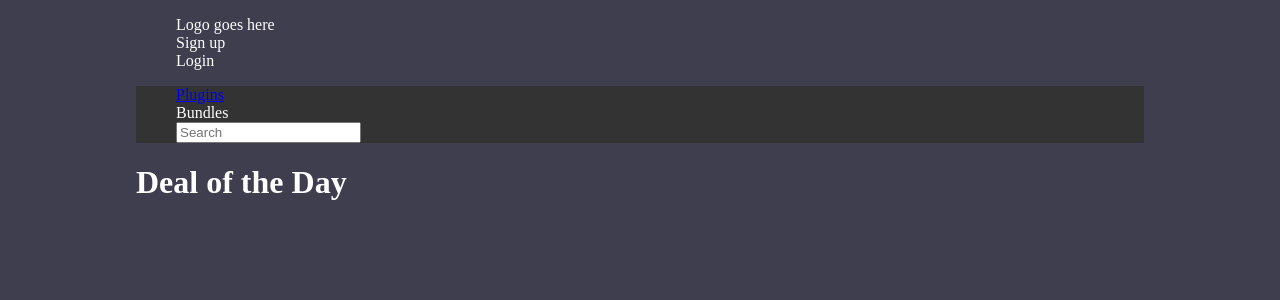
Repository: jigom11791/Wavez
Page: Wavez/Waves-Site/index.html
An editor plug-in stored every save of this project. The page is shown before and after the next save, followed by the edit.
The browser window is 1280 px wide. The pictures show the whole page.

Above is the page before, as saved 2020-10-30 17:36:52.

### Wavez/Waves-Site/index.html
<!DOCTYPE html>
<html>
<head>
    <title>Waves Price Tracker</title>
    <link rel="stylesheet" href="style.css">
</head>
<body>
    <div id="container">

        <div id="header">
            <ul>
                <li class="left">Logo goes here</li>
                <li class="left">Sign up</li>
                <li class="right">Login</li>
            </ul>
        </div>
        <div id="top-nav">
            <ul id="nav-bar">
                <li class="left"><a href="#">Plugins</a></li>
                <li class="left">Bundles</li>
                <li class="right"><input type="text" placeholder="Search"></li>
            </ul>
        </div>
        <div id="content">
            <h1>Deal of the Day</h1>
        </div>

    </div>
</body>
</html>

### Wavez/Waves-Site/style.css
@import url('https://fonts.googleapis.com/css2?family=Noto+Sans&family=Noto+Sans+JP&display=swap');
@import url('https://fonts.googleapis.com/css2?family=Noto+Sans&display=swap');

body {
    background-color: #3e3e4f;
    color: white;
    font-style: "Noto sans JP", sans-serif;
    padding: 0% 10%;
}

li{
    list-style-type: none;
    margin: 0;
    padding: 0;
    overflow: hidden;
}
#top-nav {
    background-color: #333;
    width: 100%;
}

After the next save:
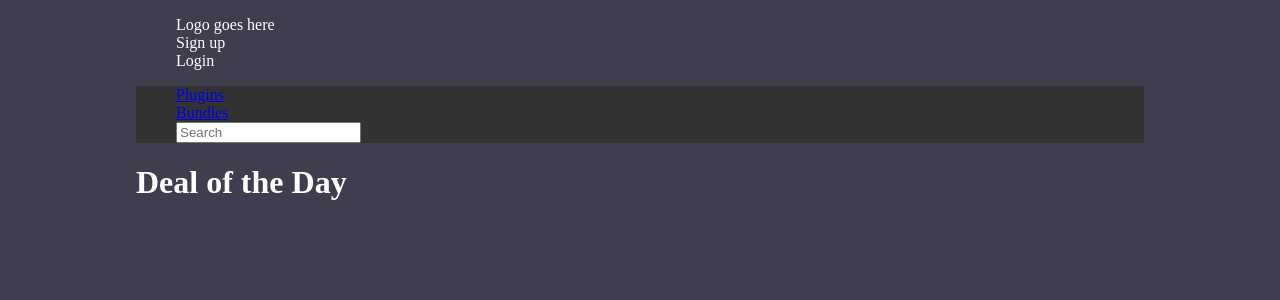
Saved 21 s later.
--- a/Wavez/Waves-Site/index.html
+++ b/Wavez/Waves-Site/index.html
@@ -17,7 +17,7 @@
         <div id="top-nav">
             <ul id="nav-bar">
                 <li class="left"><a href="#">Plugins</a></li>
-                <li class="left">Bundles</li>
+                <li class="left"><a href="#">Bundles</a></li>
                 <li class="right"><input type="text" placeholder="Search"></li>
             </ul>
         </div>
